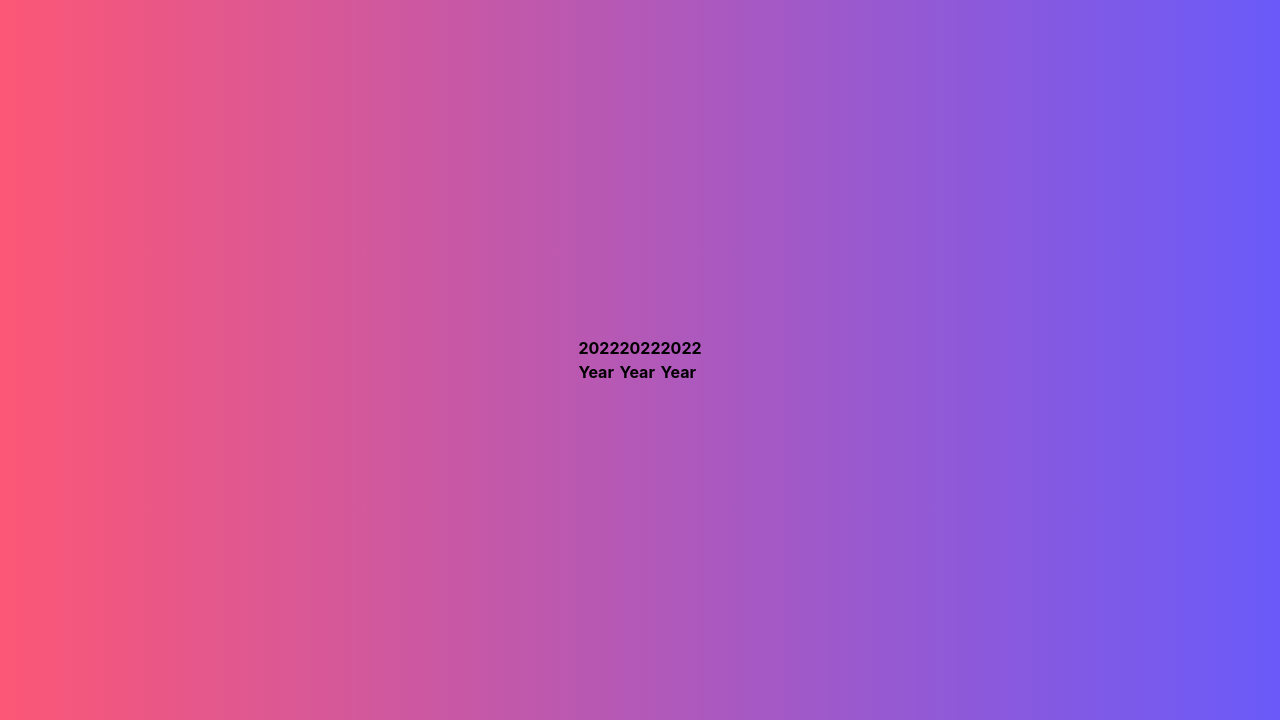
Repository: huynhsang96/bt_codegymHook
Page: /
The author's editor kept a copy of each file at every save. The page is drawn from the files as they stood at one save, then again after the next save.
The browser window is 1280 px wide. The pictures show the whole page.
The project was rebuilt for these pictures with package versions that can differ from the ones it lists, and the page was loaded fresh each time.

Above is the page before, as saved 2022-04-29 16:30:55.

### src/index.js
import React from "react";
import ReactDOM from "react-dom/client";
import "./index.css";
import App from "./App";
import reportWebVitals from "./reportWebVitals";

const root = ReactDOM.createRoot(document.getElementById("root"));
root.render(
	<React.StrictMode>
		<App />
	</React.StrictMode>
);

reportWebVitals();

### src/index.css
body {
	margin: 0;
	font-family: -apple-system, BlinkMacSystemFont, "Segoe UI", "Roboto", "Oxygen",
		"Ubuntu", "Cantarell", "Fira Sans", "Droid Sans", "Helvetica Neue",
		sans-serif;
	-webkit-font-smoothing: antialiased;
	-moz-osx-font-smoothing: grayscale;
}

code {
	font-family: source-code-pro, Menlo, Monaco, Consolas, "Courier New",
		monospace;
}
@tailwind base;
@tailwind components;
@tailwind utilities;

### src/App.js
import "./App.css";
import Clock from "./component/ClockHook/Clock";

function App() {
	return (
		<div>
			<Clock></Clock>
		</div>
	);
}

export default App;

### src/App.css
*,
*::before,
*::after {
	box-sizing: border-box;
}
* {
	margin: 0;
}

html,
body {
	height: 100%;
}
body {
	line-height: 1.5;
	-webkit-font-smoothing: antialiased;
	-webkit-tap-highlight-color: rgba(0, 0, 0, 0);

	background-image: linear-gradient(to right, #fc5776, #6a5af9);
	display: flex;
	justify-content: center;
	align-items: center;
	height: 100vh;
}

img,
picture,
video,
canvas,
svg {
	display: block;
	max-width: 100%;
}
input,
button,
textarea,
select {
	font: inherit;
	outline: none;
	border: none;
}
p,
h1,
h2,
h3,
h4,
h5,
h6 {
	overflow-wrap: break-word;
}

### src/component/ClockHook/Clock.js
import React, { useEffect, useState } from "react";

const Clock = () => {
	const [now, setNow] = useState(new Date());
	useEffect(() => {
		const timer = setInterval(() => {
			setNow(new Date());
		}, 1000);
		return () => clearInterval(timer);
	}, [now]);
	const years = now.getFullYear();
	const months = now.getMonth() + 1;
	const days = now.getDate();
	const hours = now.getHours();
	const minutes = now.getMinutes();
	const seconds = now.getSeconds();

	// console.log(seconds < 10 ? "0" + seconds : seconds);

	return (
		<div className="p-5 w-full h-full mx-auto">
			<ul className="flex flex-row">
				<li className="flex flex-col justify-center">
					<span className="font-bold">{years}</span>
					<span className="font-bold">Year</span>
				</li>
				<li className="flex flex-col justify-center">
					<span className="font-bold">{years}</span>
					<span className="font-bold">Year</span>
				</li>
				<li className="flex flex-col justify-center">
					<span className="font-bold">{years}</span>
					<span className="font-bold">Year</span>
				</li>
			</ul>
		</div>
	);
};

export default Clock;

Loaded but not shown: public/index.html (common file); src/reportWebVitals.js (common file); tailwind.config.js (common file)

After the next save:
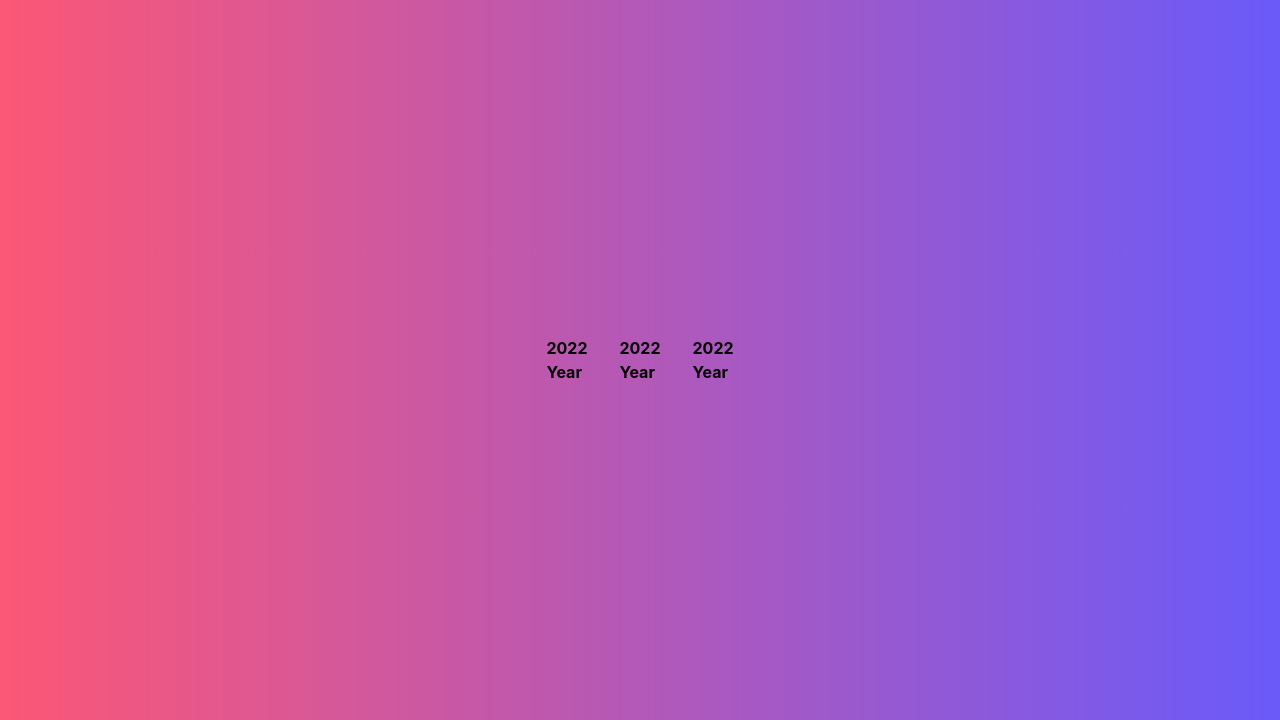
Saved 9 s later.
--- a/src/component/ClockHook/Clock.js
+++ b/src/component/ClockHook/Clock.js
@@ -19,7 +19,7 @@ const Clock = () => {
 
 	return (
 		<div className="p-5 w-full h-full mx-auto">
-			<ul className="flex flex-row">
+			<ul className="flex flex-row gap-8">
 				<li className="flex flex-col justify-center">
 					<span className="font-bold">{years}</span>
 					<span className="font-bold">Year</span>
